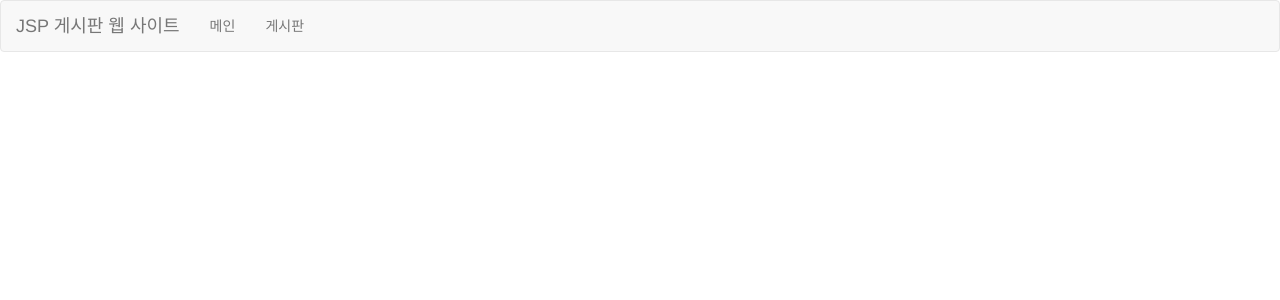
Repository: kimdy108/jsp-bbs
Page: http://localhost/BBS/join.jsp
The author's editor kept a copy of each file at every save. The page is drawn from the files as they stood at one save, then again after the next save.
The browser window is 1280 px wide. The pictures show the whole page.
Some web libraries are served in a nearby version. The page is served by Tomcat 9.

Above is the page before, as saved 2025-05-24 06:28:05.

After the next save:
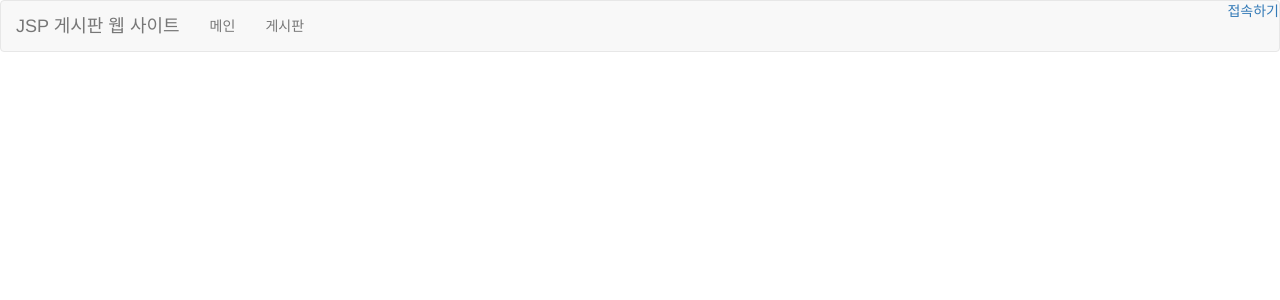
Saved 2 min 42 s later.
--- a/BBS/src/main/webapp/join.jsp
+++ b/BBS/src/main/webapp/join.jsp
@@ -25,6 +25,11 @@
 				<li><a href="main.jsp">메인</a></li>
 				<li><a href="bbs.jsp">게시판</a></li>
 			</ul>
+			<ul class="nav navbar-nav navbar-right">
+				<a href="#" class="dropdown-toggle"
+					data-toggle="dropdown" role="button" aria-haspopup="true"
+					aria-expanded="false">접속하기</a>
+			</ul>
 		</div>
 	</nav>
 	<script src="https://code.jquery.com/jquery-3.1.1.min.js"></script>
